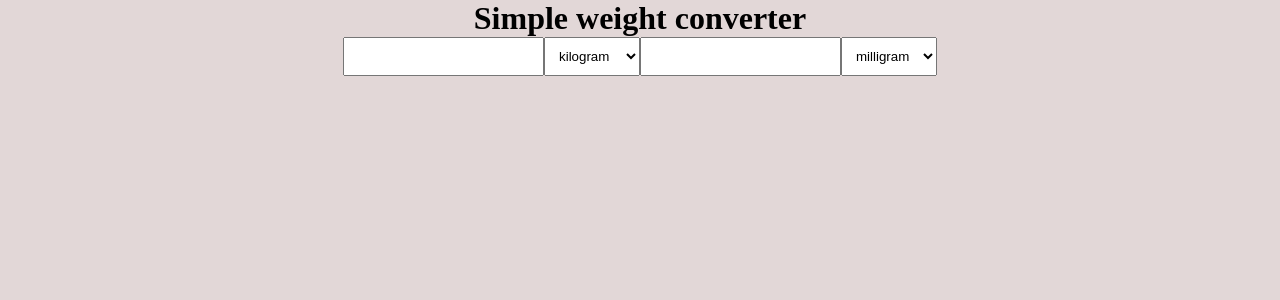
Repository: Eugene44-hub/weight-converter
Page: index.html
An editor plug-in stored every save of this project. The page is shown before and after the next save, followed by the edit.
The browser window is 1280 px wide. The pictures show the whole page.

Above is the page before, as saved 2021-09-20 04:46:26.

After the next save:
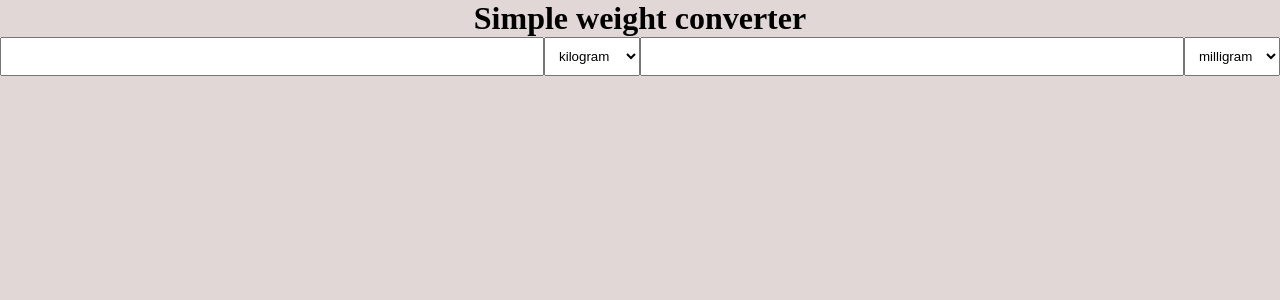
Saved 4 s later.
--- a/style.css
+++ b/style.css
@@ -9,7 +9,7 @@ body {
 
 input {
     padding: 10px;
-    flex1
+    flex: 1
 }
 
 h1 {
